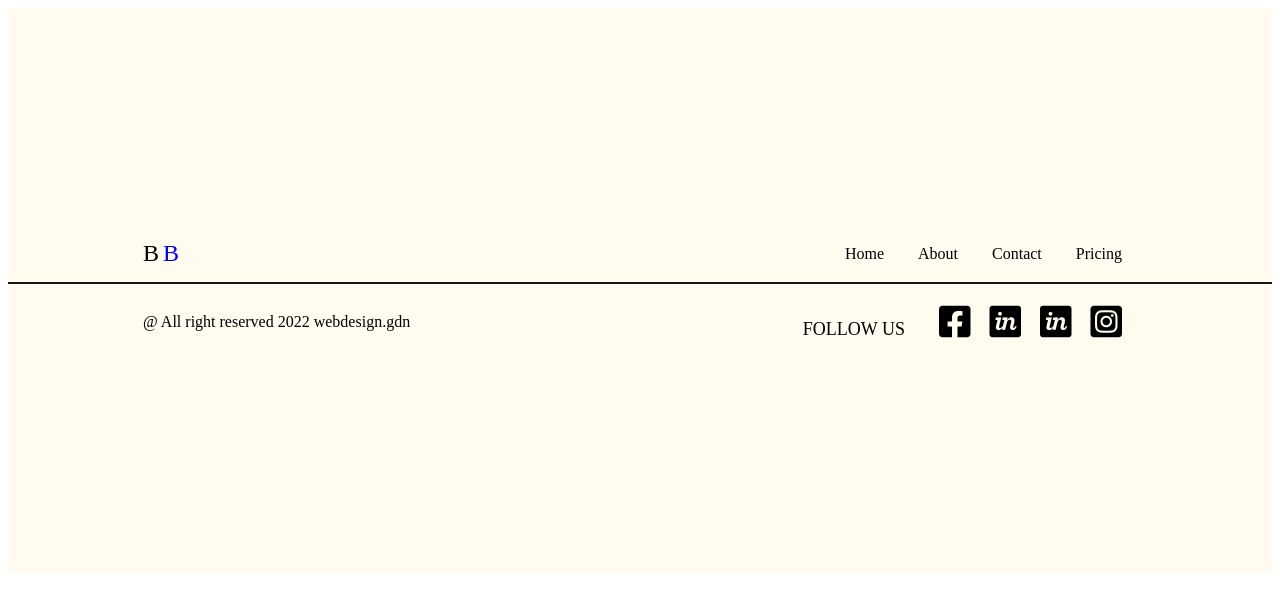
Repository: ngocphuocha/4lifeteam-marketing-agency
Page: index.html
The author's editor kept a copy of each file at every save. The page is drawn from the files as they stood at one save, then again after the next save.
The browser window is 1280 px wide. The pictures show the whole page.

Above is the page before, as saved 2023-03-13 17:24:58.

After the next save:
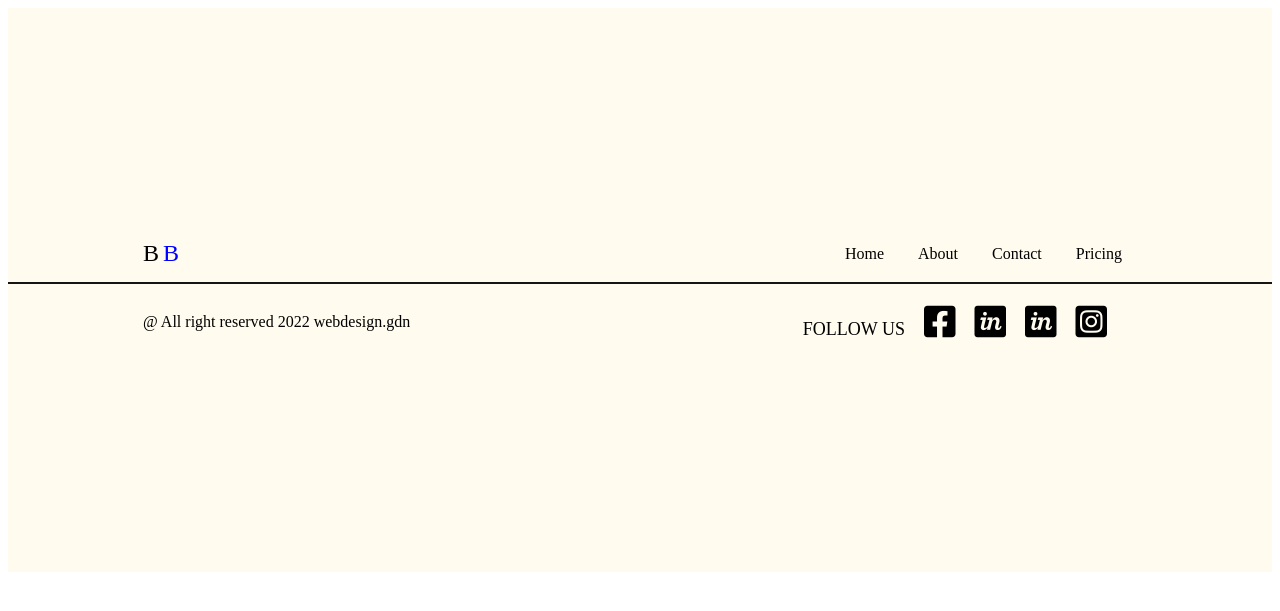
Saved 87 s later.
--- a/css/footer-service.css
+++ b/css/footer-service.css
@@ -43,6 +43,7 @@
   }
   .background-footer .footer .text-right i{
     padding-left: 15px;
+    padding: 0px 15px 0px 0px ;
     font-size: 36px;
   }
 

After the 2 saves that followed:
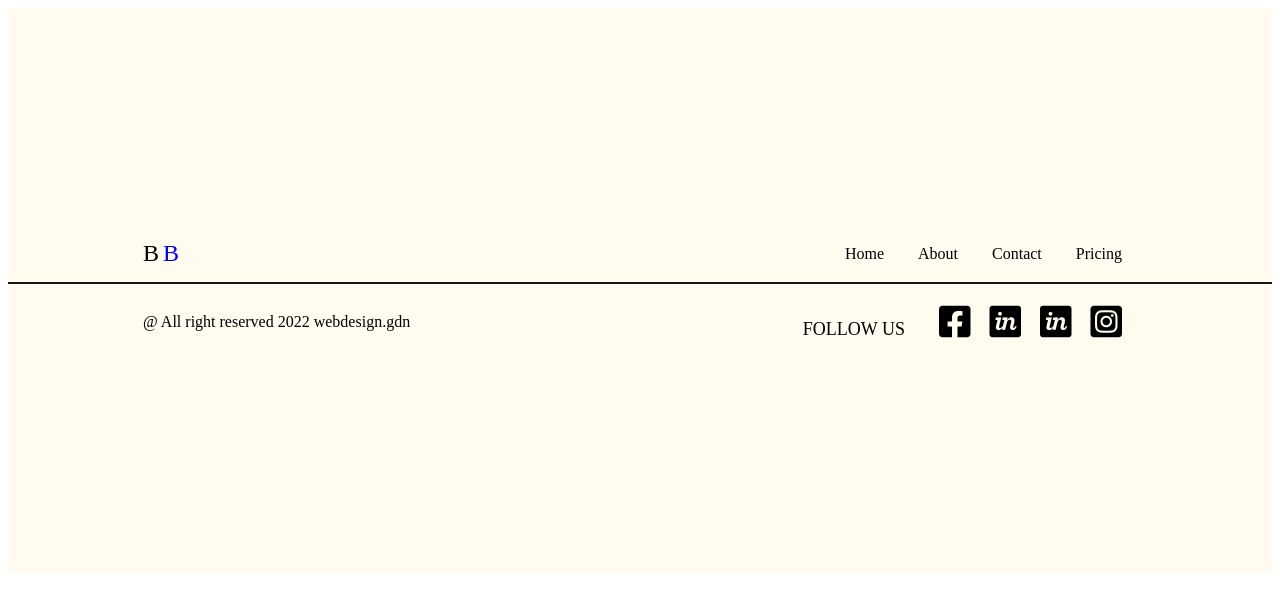
The 2 saves are shown as one change because 1 left the picture as it was.
The last was saved 9 s later.
--- a/css/footer-service.css
+++ b/css/footer-service.css
@@ -43,7 +43,7 @@
   }
   .background-footer .footer .text-right i{
     padding-left: 15px;
-    padding: 0px 15px 0px 0px ;
+    /* padding: 0px 15px 0px 0px ; */
     font-size: 36px;
   }
 
